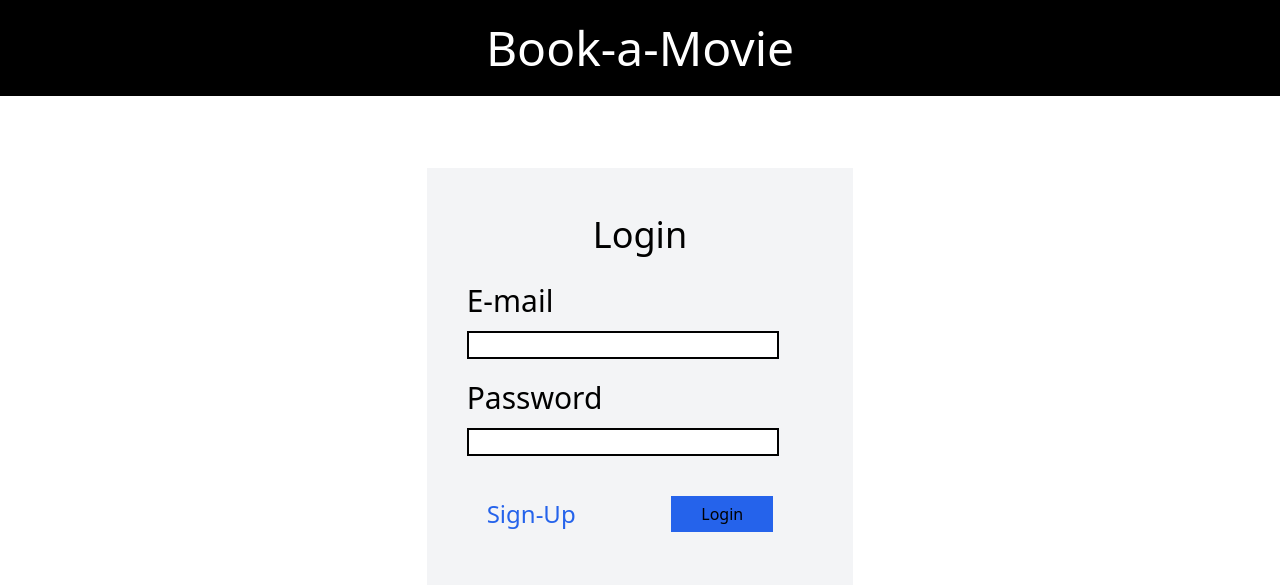
Repository: BhumilModi/movie-booking-app-assignment
Page: /
These files come from the project's save history. The page is drawn as it stood at one moment and after the next save; the edit follows.
The browser window is 1280 px wide. The pictures show the whole page.
The project was rebuilt for these pictures with package versions that can differ from the ones it lists, and the page was loaded fresh each time. Also part of the build but not shown: src/App.css.

Above is the page before, as saved 2022-11-29 18:19:56.

After the next save:
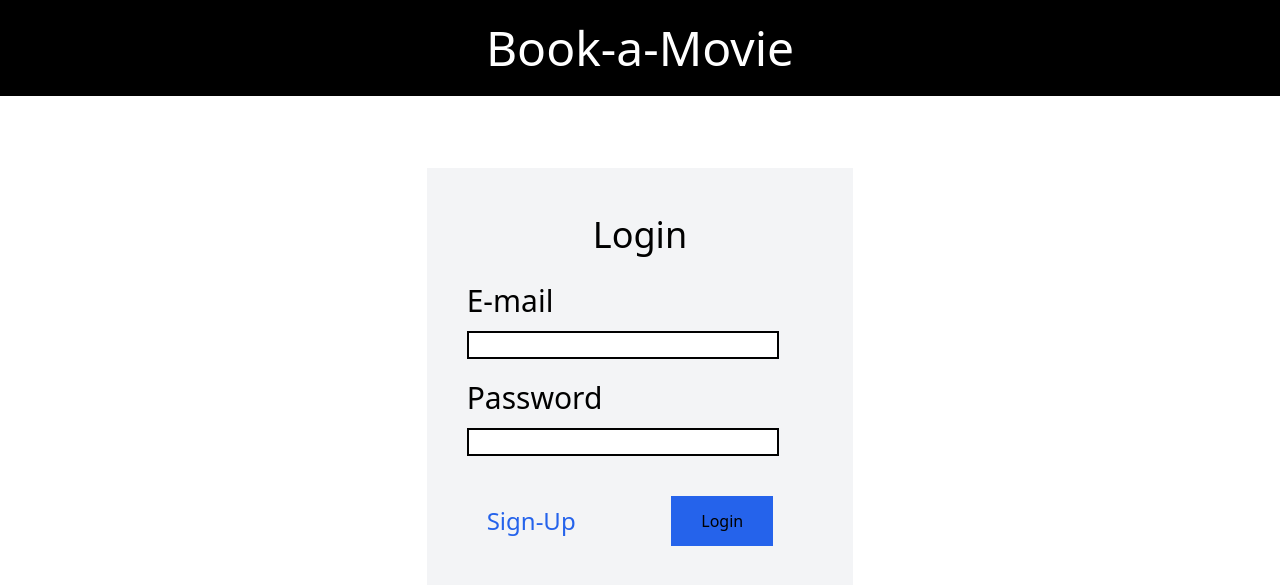
Saved 20 s later.
--- a/src/components/Login.jsx
+++ b/src/components/Login.jsx
@@ -15,7 +15,7 @@ function Login() {
           <p className="text-[24px] ml-5 text-blue-600 cursor-pointer">
             Sign-Up
           </p>
-          <button className="bg-blue-600 w-1/3 h-[5vh]">Login</button>
+          <button className="bg-blue-600 w-1/3 h-[50px]">Login</button>
         </div>
       </div>
     </div>
